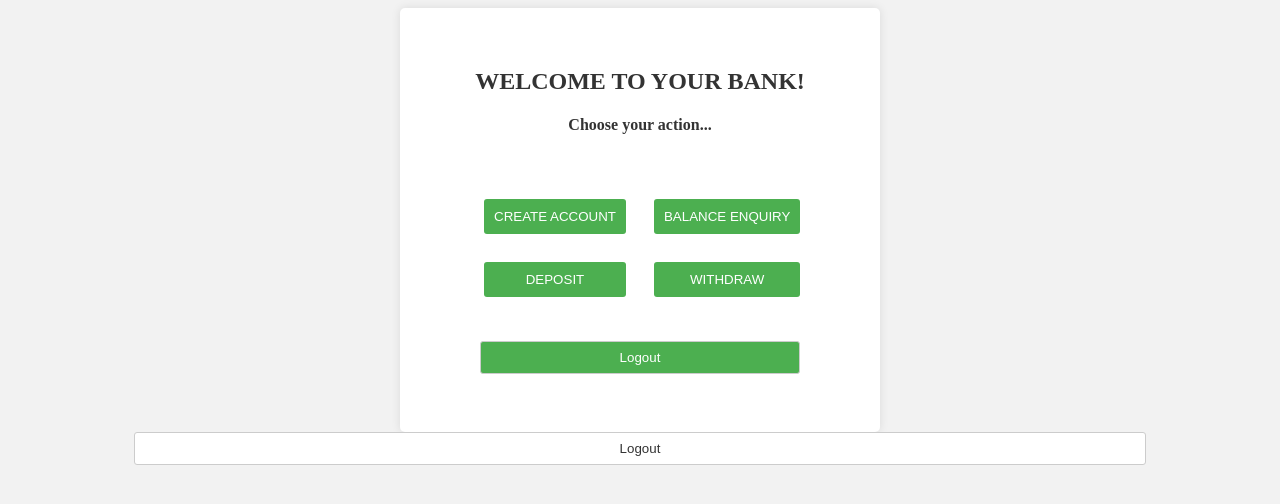
Repository: mansistic-0n3/Java_IGT
Page: Java Project/BankJSP/src/main/webapp/Home.html
The author's editor kept a copy of each file at every save. The page is drawn from the files as they stood at one save, then again after the next save.
The browser window is 1280 px wide. The pictures show the whole page.

Above is the page before, as saved 2023-06-30 04:43:07.

After the next save:
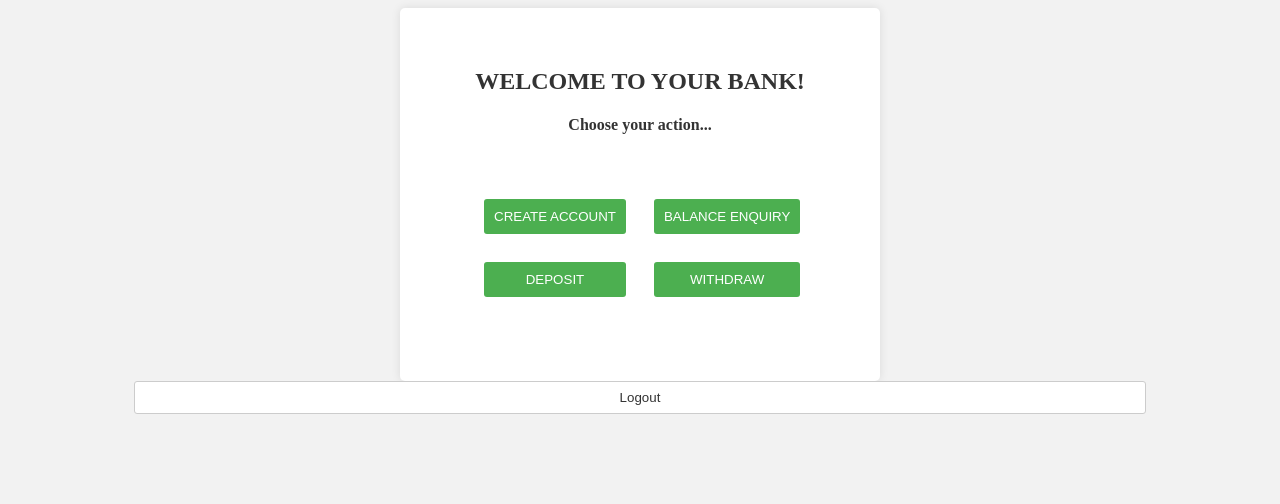
Saved 37 s later.
--- a/Java Project/BankJSP/src/main/webapp/Home.html
+++ b/Java Project/BankJSP/src/main/webapp/Home.html
@@ -21,9 +21,7 @@
       <input type="submit" value = "WITHDRAW" style="width: 100%; padding: 10px; border-radius: 3px; border: none; background-color: #4CAF50; color: #ffffff; cursor: pointer;">
     </div></form>
 
-  </div><form action="login.html">
-        <input type="submit" value="Logout" style="width: 80%; padding: 8px; border-radius: 3px; border: 1px solid #cccccc; background-color: #4CAF50; color: #ffffff; cursor: pointer;">
-      <br><br></form>
+  </div>
 
       </div><form action="login.html">
         <input type="submit" value="Logout" style="width: 80%; padding: 8px; border-radius: 3px; border: 1px solid #cccccc; background-color: #ffffff; color: #333333; cursor: pointer;">
